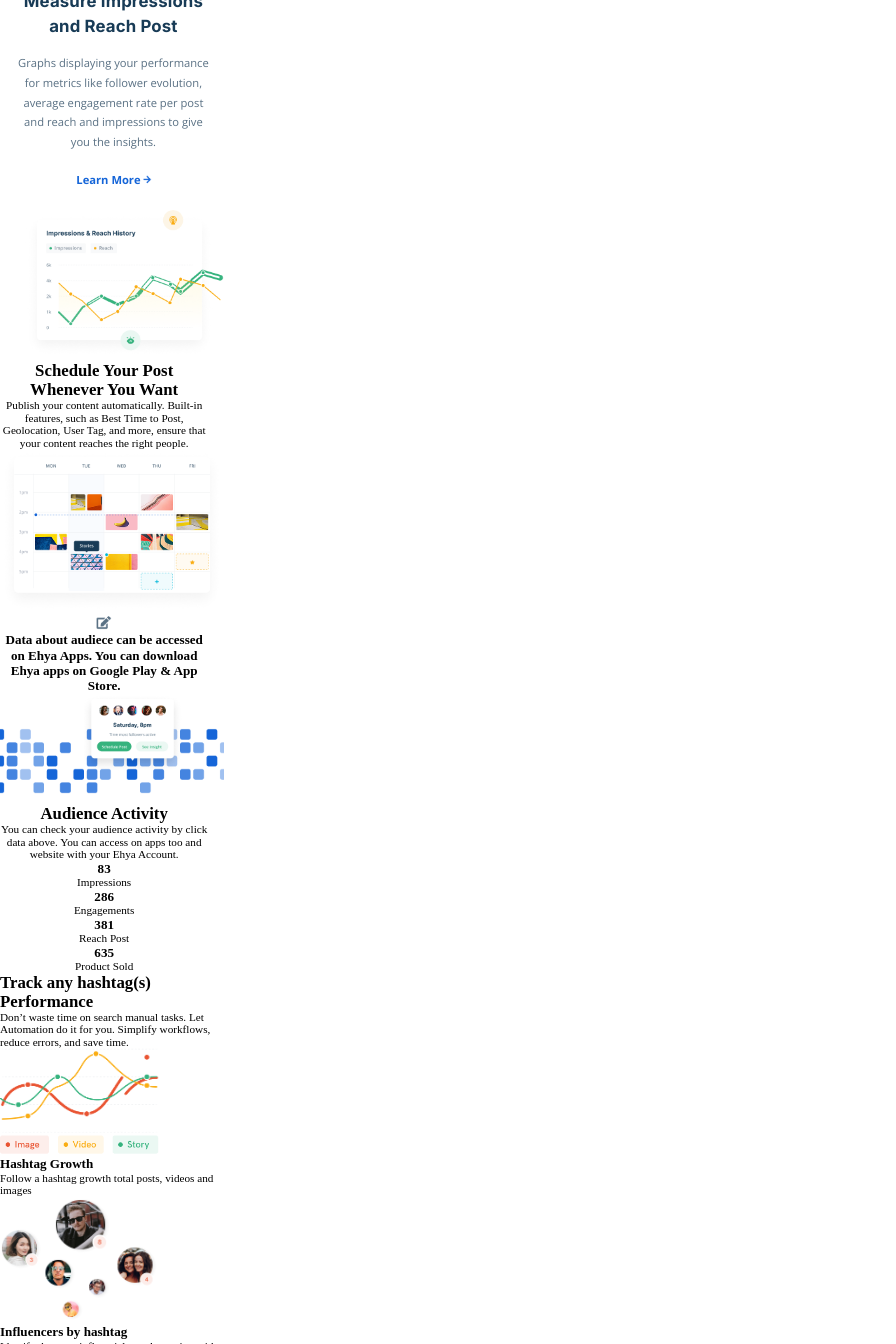
Repository: Eduardo-Tamborelli-Ferreira-lino/FrontEnd
Page: projetos/Prova-CSS/index.html
The author's editor kept a copy of each file at every save. The page is drawn from the files as they stood at one save, then again after the next save.
The browser window is 1280 px wide. The pictures show the part of the page from y = 1023 to 2943 px (the page is 4954 px tall before and 4970 px after), at 70% of full size.

Above is the page before, as saved 2026-03-12 13:48:48.

### projetos/Prova-CSS/index.html
<!DOCTYPE html>
<html lang="en">

<head>
    <meta charset="UTF-8">
    <meta name="viewport" content="width=device-width, initial-scale=1.0">
    <link rel="stylesheet" href="style.css">
    <title>Ehya</title>
</head>

<body>
    <div id="background-start"></div>

    <!-- Construção do Header Para o Desktop e Mobile -->
    <header class="container">
        <div class="logo">
            <img src="./Image/Header/Logo.png" alt="Website brand logo">
        </div>
        <div id="menu-mobile">
            <img src="./Image/Header/Menu_hamburger.png" alt="Hamburger menu for website actions. ">
        </div>
        <div id="menu-desktop">
            <nav>
                <ul>
                    <li><a href="#">Home</a></li>
                    <li><a href="#">Landings</a></li>
                    <li><a href="#">Pages</a></li>
                    <li><a href="#">Docs</a></li>
                    <li><a href="#">Help</a></li>
                    <li><a href="#">Get it now</a></li>
                </ul>
            </nav>
        </div>

    </header>


    <main>

        <section id="hero">

            <div id="hero-content" , class="container">
                <div id="hero-title">
                    <h1>
                        Track Instagram
                        Business Performance
                    </h1>
                </div>
                <div id="hero-subtitle">
                    <p>
                        Ehya is the Instagram analytics platform teams use to stay focused on the goals, track
                        engagement for report your business .
                    </p>
                </div>
                <div id="hero-button">
                    <a href="#">Get 14-Days Trial</a>
                </div>
                <div id="Dashboard">
                    <img src="./Image/Main/Dashboard/Dashboard.png"
                        alt="Dashboard to the Most Imports Information on Brand">
                </div>
            </div>

        </section>

        <section id="partners" , class="container">

            <div id="all-partners">
                <div class="partners-image">
                    <div id="Slack">
                        <img src="./Image/Main/Brands/Slack.png" alt="Image of Partner Slack">
                    </div>
                </div>
                <div class="partners-image">
                    <div id="Netflix">
                        <img src="./Image/Main/Brands/Netflix.png" alt="Image of Partner Netflix">
                    </div>
                </div>
                <div class="partners-image">
                    <div id="Google">
                        <img src="./Image/Main/Brands/Google.png" alt="Image of Partner Google">
                    </div>
                </div>
                <div class="partners-image">
                    <div id="Airbnb">
                        <img src="./Image/Main/Brands/Airbnb.png" alt="Image of Partner Airbnb">
                    </div>
                </div>
                <div class="partners-image">
                    <div id="Uber">
                        <img src="./Image/Main/Brands/Uber.png" alt="Image of Partner Uber">
                    </div>
                </div>




            </div>

        </section>

        <div class="line-divider"></div>

        <section id="main-content" , class="container">

            <div id="Feature">

                <div id="impressions">
                    <div id="impressions-title">
                        <h2>
                            Measure Impressions
                            and Reach Post
                        </h2>
                    </div>
                    <div id="impressions-subtitle">
                        <p>
                            Graphs displaying your performance
                            for metrics like follower
                            evolution, average engagement rate
                            per post and reach
                            and impressions to give you the
                            insights.
                        </p>
                    </div>
                    <div id="impressions-button">
                        <a href="#">Learn More
                            <img src="./Image/Main/Icons/Icon_Arrow.png"
                                alt="Arrow to indicate that the button leads to another page. ">
                        </a>
                    </div>
                    <div id="impressions-graph">
                        <img src="./Image/Main/Graph/Graph.png"
                            alt="Graph of Impressions and Reach History of the Brand">
                    </div>
                </div>

                <div id="schedule">

                    <div id="schedule-title">
                        <h2>
                            Schedule Your Post
                            Whenever You Want
                        </h2>
                    </div>
                    <div id="schedule-subtitle">
                        <p>
                            Publish your content automatically. Built-in features, such as Best Time to Post,
                            Geolocation, User Tag, and more, ensure that your content reaches the right people.
                        </p>
                    </div>
                    <div id="schedule-graph">
                        <img src="./Image/Main/Graph/Week_Graph .png" alt="Graph of week's agenda">
                    </div>
                    <div id="line-divider-schedule"></div>
                    <div id="schedule-help">
                        <img src="./Image/Main/Icons/Icon_pencil.png" alt="icon to indicate editing">
                        <h3>
                            Data about audiece can be accessed on Ehya Apps.
                            You can download Ehya apps on Google Play & App Store.
                        </h3>
                    </div>

                </div>

            </div>

            <div id="audience">

                <div id="audience-image">
                    <img src="./Image/Main/Graph/follows_Graph .png" alt="Audience Viewing Image">
                </div>

                <div id="audience-title">
                    <h2>
                        Audience Activity
                    </h2>
                </div>

                <div id="audience-subtitle">
                    <p>
                        You can check your audience activity by click data above.
                        You can access on apps too and website with your Ehya Account.
                    </p>
                </div>

                <div id="audience-activity">
                    <div class="audience-informations">
                        <h3>
                            83
                        </h3>
                        <p>
                            Impressions
                        </p>
                    </div>
                    <div class="audience-informations">
                        <h3>
                            286
                        </h3>
                        <p>
                            Engagements
                        </p>
                    </div>
                    <div class="audience-informations">
                        <h3>
                            381
                        </h3>
                        <p>
                            Reach Post
                        </p>
                    </div>
                    <div class="audience-informations">
                        <h3>
                            635
                        </h3>
                        <p>
                            Product Sold
                        </p>
                    </div>
                </div>

            </div>

        </section>

        <section id="track-background">

            <section id="track-hashtag" , class="container">

                <div id="track-title">
                    <h2>
                        Track any hashtag(s) Performance
                    </h2>
                </div>
                <div id="track-subtitle">
                    <p>
                        Don’t waste time on search manual tasks. Let Automation do it for you.
                        Simplify workflows, reduce errors, and save time.
                    </p>
                </div>
                <div class="track-card">
                    <div id="card-graph">
                        <img src="./Image/Main/Track-card/Graph-card.png" alt="Graph of hashtag Growth">
                    </div>
                    <div id="Graph-description">
                        <img src="./Image/Main/Track-card/Graph-information.png"
                            alt="Description of each line in the graph">
                    </div>
                    <div class="card-title">
                        <h3>
                            Hashtag Growth
                        </h3>
                    </div>
                    <div class="card-subtitle">
                        <p>
                            Follow a hashtag growth total posts, videos
                            and images
                        </p>
                    </div>
                </div>
                <div class="track-card">
                    <div id="card-image">
                        <img src="./Image/Main/Track-card/Influencers.png" alt="Influencers by hashtag">
                    </div>
                    <div class="card-title">
                        <h3>
                            Influencers by hashtag
                        </h3>
                    </div>
                    <div class="card-subtitle">
                        <p>
                            Identify the most influential people posting with
                            your hashtag
                        </p>
                    </div>
                </div>
                <div class="track-card">
                    <div id="card-posts">
                        <img src="./Image/Main/Track-card/Posts.png" alt="Most Influential Posts">
                    </div>
                    <div class="card-title">
                        <h3>
                            Most Influential Posts
                        </h3>
                    </div>
                    <div class="card-subtitle">
                        <p>
                            See the most influential posts on hashtag you
                            are following on.
                        </p>
                    </div>
                </div>
                <div class="track-card">
                    <div id="card-Map">
                        <img src="./Image/Main/Track-card/Map.png" alt="Map of Hashtag Location">
                    </div>
                    <div class="card-title">
                        <h3>
                            Hashtag Location
                        </h3>
                    </div>
                    <div class="card-subtitle">
                        <p>
                            Visualize where people are posting using your
                            hashtag made.
                        </p>
                    </div>
                </div>
            </section>

            <div class="line-divider"></div>

            <section id="testimonials" , class="container">

                <div id="testimonials-hearder">
                    <div id="testimonials-title">
                        <h3>
                            Ehya is loved by users
                        </h3>
                    </div>
                    <div id="testimonials-arrows">
                        <img src="./Image/Main/testimonials/Button-arrow-left.png"
                            alt="Left Arrom To Move for the last testimonials">
                        <img src="./Image/Main/testimonials/Button-arrow-right.png"
                            alt="Right Arrom To Move for the Next testimonials">
                    </div>
                </div>
                <div id="testimonials-box">
                    <div class="testimonials-card">
                        <div class="card-photos">
                            <img src="./Image/Main/testimonials/Photo-jaquon.png" alt="Photo of Jaquon Hart">
                        </div>
                        <div class="card-stars">
                            <img src="./Image/Main/testimonials/Star-Jaquon.png" alt="User Rating">
                        </div>
                        <div class="testimonials-text">
                            <h5>
                                “With Ehya, we’re able to easily track our performance in full detail.
                                It’s become an essential tool for us to grow and engage with our audience.”
                            </h5>
                        </div>
                        <div class="testimonials-identification">
                            <h4 class="testimonials-name">
                                Jaquon Hart
                            </h4>
                            <p class="testimonials-Job">
                                Digital Marketing Executive, Hypebeast
                            </p>
                        </div>
                    </div>
                    <div class="testimonials-card">
                        <div class="card-photos">
                            <img src="./Image/Main/testimonials/Phto-Harider.png" alt="Photo of Harider Bharwal">
                        </div>
                        <div class="card-stars">
                            <img src="./Image/Main/testimonials/Star-Harider.png" alt="User Rating">
                        </div>
                        <div class="testimonials-text">
                            <h5>
                                “With Ehya, we’re able to easily track our performance in full detail.
                                It’s become an essential tool for us to grow and engage with our audience.”
                            </h5>
                        </div>
                        <div class="testimonials-identification">
                            <h4 class="testimonials-name">
                                Harider Bharwal
                            </h4>
                            <p class="testimonials-Job">
                                Product Manager of Salestation Asia
                            </p>
                        </div>
                    </div>
                </div>

            </section>

        </section>


        <section id="sing-up">

            <div id="sign-box">
                <div id="sign-left-image">
                    <img src="./Image/Main/Sing/Left-side.png" alt="Left Side Images">
                </div>
                <div id="sign-information">
                    <div id="Information-title">
                        <h2>
                            Grow your brand
                            presence on social media.
                        </h2>
                    </div>
                    <div id="Information-text">
                        <p>
                            Try Ehya free for 14 days. No credit card required.
                        </p>
                    </div>
                    <div id="Information-button">
                        <a href="#">Sign Up for Free Trial</a>
                    </div>
                </div>
                <div id="sign-right-image">
                    <img src="./Image/Main/Sing/Right side.png" alt="right Side Images">
                </div>
            </div>

        </section>

    </main>

    <footer>

        <section id="main-footer" , class="container">

            <section id="footer-about">
                <div class="logo">
                    <img src="./Image/Header/Logo.png" alt="Logo of the brand">
                </div>
                <div id="footer-about-description">
                    <p>
                        Build a modern and creative website with crealand
                    </p>
                </div>
                <div id="about-social-icons">
                    <img src="./Image/Footer/Icons/Google-icon.png" alt="Google Icon">
                    <img src="./Image/Footer/Icons/Twitter-icon.png" alt="Twitter Icon">
                    <img src="./Image/Footer/Icons/Instagram-icon.png" alt="Instagram Icon">
                    <img src="./Image/Footer/Icons/linkedin-icon.png" alt="Linkedin Icon">
                </div>
            </section>

            <section id="links-products">
                <div class="links-box">
                    <div class="links-title">
                        Product
                    </div>
                    <div class="links">
                        <nav>
                            <ul>
                                <li><a href="#">Landingpage</a></li>
                                <li><a href="#">Features</a></li>
                                <li><a href="#">Documentation</a></li>
                                <li><a href="#">Referral Program</a></li>
                                <li><a href="#">Pricing</a></li>
                            </ul>
                        </nav>
                    </div>
                </div>
                <div class="links-box">
                    <div class="links-title">
                        Services
                    </div>
                    <div class="links">
                        <nav>
                            <ul>
                                <li><a href="#">Documentation</a></li>
                                <li><a href="#">Design</a></li>
                                <li><a href="#">Themes</a></li>
                                <li><a href="#">Illustrations</a></li>
                                <li><a href="#">UI Kit</a></li>
                            </ul>
                        </nav>
                    </div>
                </div>
                <div class="links-box">
                    <div class="links-title">
                        Company
                    </div>
                    <div class="links">
                        <nav>
                            <ul>
                                <li><a href="#">About</a></li>
                                <li><a href="#">Terms</a></li>
                                <li><a href="#">Privacy Policy</a></li>
                                <li><a href="#">Careers</a></li>
                            </ul>
                        </nav>
                    </div>
                </div>
                <div class="links-box">
                    <div class="links-title">
                        More
                    </div>
                    <div class="links">
                        <nav>
                            <ul>
                                <li><a href="#">Documentation</a></li>
                                <li><a href="#">License</a></li>
                                <li><a href="#">Changelog</a></li>
                            </ul>
                        </nav>
                    </div>
                </div>
            </section>

            <section id="copyright">

                <div id="copyright-heart">
                    <img src="./Image/Footer/Heart/Heart.png" alt="Heart Icon">
                </div>
                <div id="copyright-text">
                    <p>
                        Copyright © 2019. Crafted with love.
                    </p>
                </div>

            </section>

        </section>

    </footer>

</body>

</html>

### projetos/Prova-CSS/style.css
@import url('https://fonts.googleapis.com/css2?family=Inter:ital,opsz,wght@0,14..32,100..900;1,14..32,100..900&family=Open+Sans:ital,wght@0,300..800;1,300..800&display=swap');

*{
    padding: 0;
    margin: 0;
    box-sizing: border-box;
}

:root{
    --Title-font: "Inter";
    --Text-font: "Open Sans";
    --Numbers-color: #FAAD13;
    --title-color:#183B56;
    --Text-color: #5A7184;
    --color-track: #F9FBFE;
    --color-header: rgba(250, 173, 19, 0.1);
    --links-color: #183B56;
}

a{
    text-decoration: none;
    color: var(--links-color);
}

li{
    list-style: none;
    cursor: pointer;
}

body{
    width: 20rem;
    height: 100vh;
}

#background-start{
    width: 20rem;
    height: 36.125rem;
    background-color: var(--color-header);
    position: absolute;
    z-index: -2;
    margin: 0 auto;
    top: 0;
    left: 0;
}

header{
    display: flex;
    justify-content: space-around;
    align-items: center;
    z-index: 10;
    gap: 10.688rem;
    margin: 1.125rem 1.5rem 3rem 1.125rem;
}

#menu-desktop{
    display: none;
}

#hero{
    width: 20rem;
    text-align: center;
}

#hero-title h1{
    font-family: var(--Title-font);
    font-weight: 700;
    font-size: 2rem;
    line-height: 2.5rem;
    letter-spacing: 0.013rem;
    color: var(--title-color);
    margin-bottom: 1.5rem;
}

#hero-subtitle p{
    width: 17.5rem;
    font-family: var(--Text-font);
    color: var(--Text-color);
    font-weight: 400;
    font-size: 1rem;
    line-height: 1.75rem;
    letter-spacing: 0;
    margin: 0 1.25rem 2.5rem 1.25rem;
}

#hero-button{
    display: flex;
    justify-content: center;
    align-items: center;
    width: 12.5rem;
    height: 3rem;
    background-color: #183B56;
    border-radius: 0.5rem;
    margin: 0 3.75rem;
}

#hero-button a{
    color: #FFFFFF;
    font-size: 1rem;
    font-weight: 700;
    line-height: 100%;
    letter-spacing: 0;
    text-align: center;
}

#Dashboard img{
    margin-top: 3rem;
    margin-bottom: 4rem;
}

#partners{
    width: 18.471rem;
    height: 11.344rem;
    margin-left: 0.75rem;
}

#all-partners{
    display: flex;
    gap: 1rem;
    flex-wrap: wrap;
}

.partners-image{
    width: 42%;
    flex-grow: 0;
}

#Uber{
    margin-left: 4.063rem;
}

.line-divider{
    width: 17.5rem;
    height: 0.063rem;
    border-radius: 0.063rem;
    background-color: #E3E7ED;
    margin-left: 1.25rem;
    margin-bottom: 4.031rem;
}

#main-content{
    width: 18.6rem;
    text-align: center;
}

#impressions-title h2{
    width: 17.5rem;
    font-weight: 700;
    font-size: 1.5rem;
    line-height: 2.25rem;
    letter-spacing: 0.013rem;
    color: var(--title-color);
    font-family: var(--Title-font);
    margin: auto 1.375rem;
}

#impressions-subtitle p{
    width: 17.5rem;
    font-family: var(--Text-font);
    font-weight: 400;
    font-size: 1rem;
    line-height: 1.75rem;
    letter-spacing: 0;
    color: var(--Text-color);
    margin: 1.25rem 0 2rem 1.375rem;
}

#impressions-button{
    width: 7.313rem;
    margin: 0 0 2.25rem 6.5rem;
    display: flex;
    justify-content: center;
    align-items: center;
}

#impressions-button a{
    font-weight: 700;
    font-size: 1rem;
    line-height: 100%;
    letter-spacing: 0;
    font-family: var(--Text-font);
    color: #1565D8;
    margin-left: 0.;
}

#impressions-graph img{
    width: 17.724rem;
    margin-left: 2.188rem;
}

.track-card img{
    width: 14.156rem;
}

#sign-box img{
    width: 14.156rem;
}

After the next save:
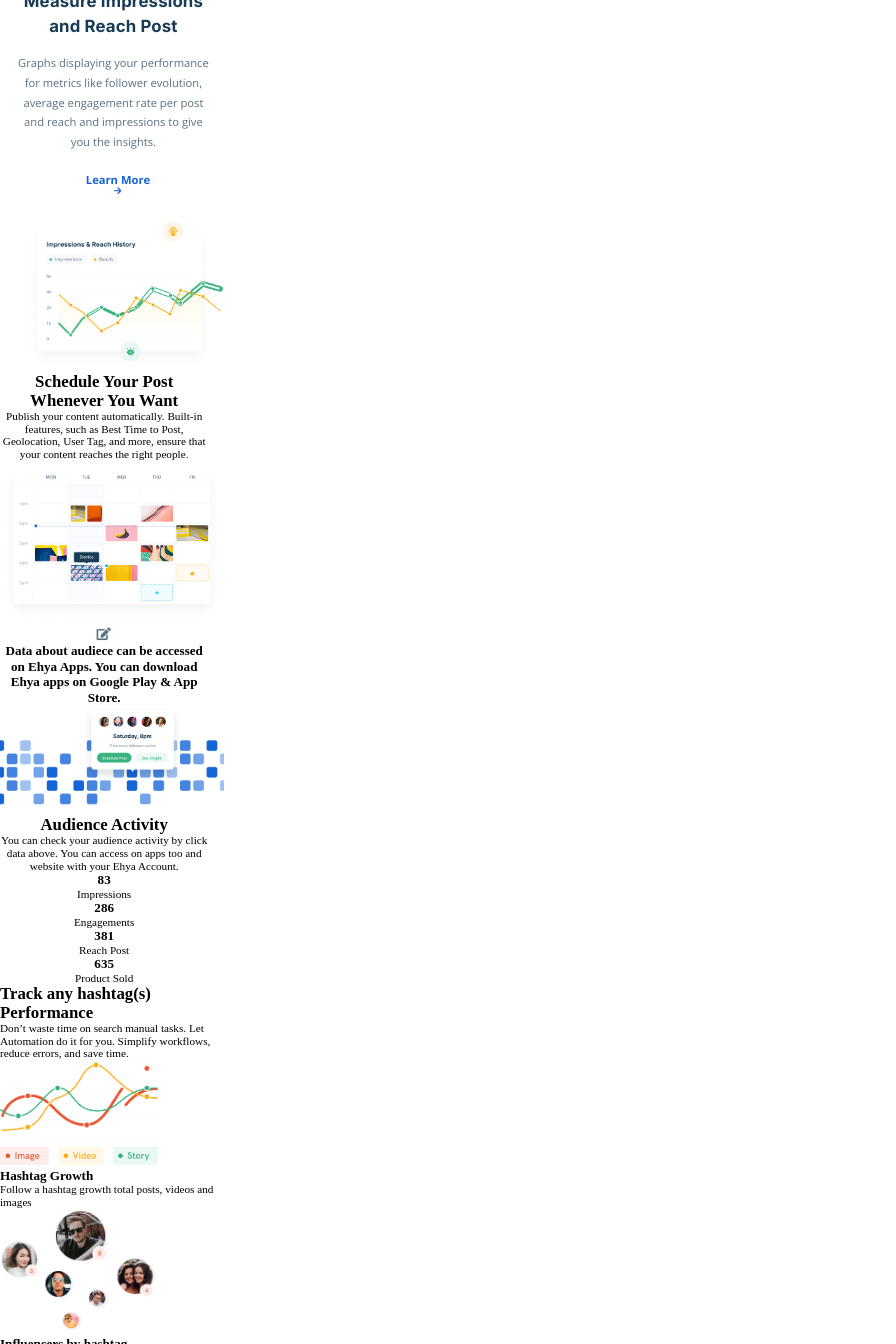
Saved 2 s later.
--- a/projetos/Prova-CSS/style.css
+++ b/projetos/Prova-CSS/style.css
@@ -179,7 +179,7 @@
     letter-spacing: 0;
     font-family: var(--Text-font);
     color: #1565D8;
-    margin-left: 0.;
+    margin-left: 0.75rem;
 }
 
 #impressions-graph img{
